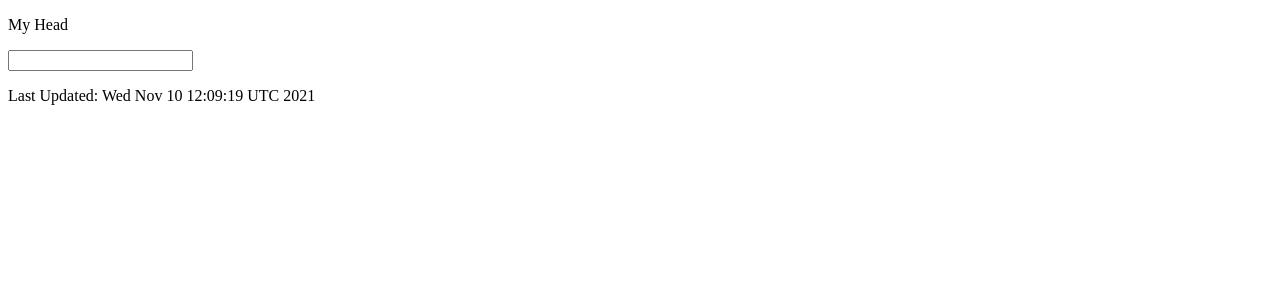
Repository: AshrafPatel/JavaEE
Page: http://localhost/JavaEEWeb/NewFile.jsp
An editor plug-in stored every save of this project. The page is shown before and after the next save, followed by the edit.
The browser window is 1280 px wide. The pictures show the whole page.
The page is served by Tomcat 9.

Above is the page before, as saved 2021-11-10 12:27:13.

After the next save:
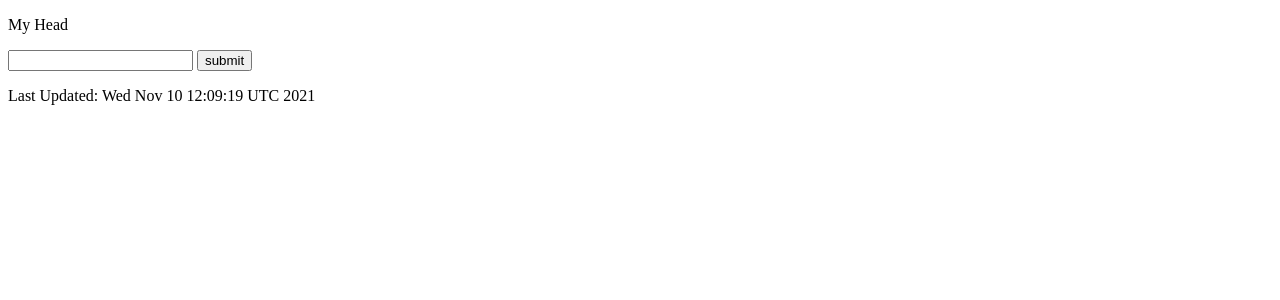
Saved 49 s later.
--- a/JavaEEWeb/src/main/webapp/NewFile.jsp
+++ b/JavaEEWeb/src/main/webapp/NewFile.jsp
@@ -8,7 +8,10 @@
 </head>
 <body>
 	<jsp:include page="my-header.jsp"/>
-	<input type="text" name="name"/>
+	<form action="form-response">
+		<input type="text" name="name"/>
+		<input type="submit" value="submit"/>
+	</form>
 	<jsp:include page="my-footer.jsp"/>
 </body>
 </html>
